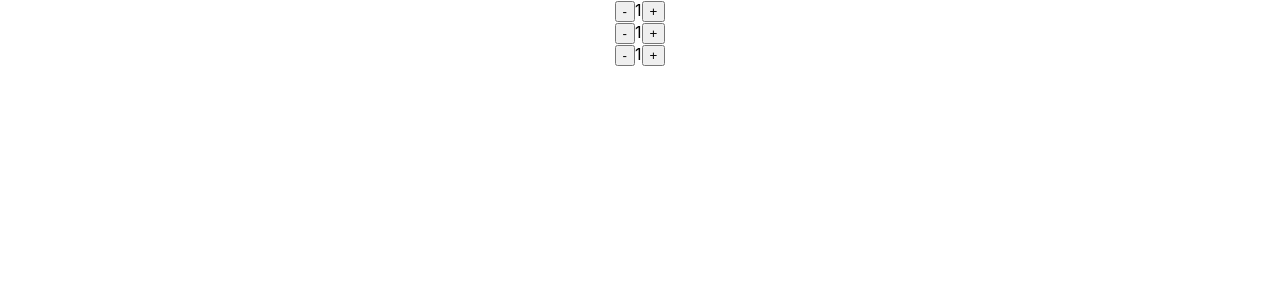
Repository: max535/test-task-netrika
Page: /
These files come from the project's save history. The page is drawn as it stood at one moment and after the next save; the edit follows.
The browser window is 1280 px wide. The pictures show the whole page.
The project was rebuilt for these pictures with package versions that can differ from the ones it lists, and the page was loaded fresh each time.

Above is the page before, as saved 2021-10-16 06:31:18.

After the next save:
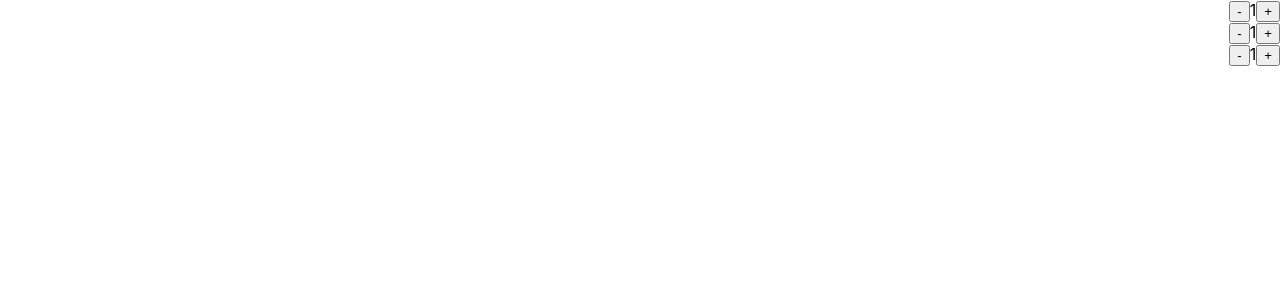
Saved 67 s later.
--- a/src/App.css
+++ b/src/App.css
@@ -1,7 +1,7 @@
 .App {
   display: flex;
   flex-direction: column;
-  align-items: center;
+  align-items: flex-end;
   width: 100%;
   height: 100%;
 }

After the save that followed:
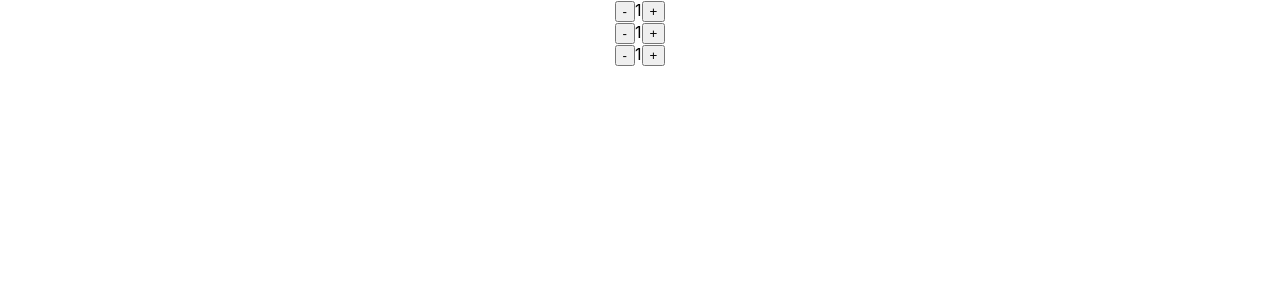
Saved 7 s later.
--- a/src/App.css
+++ b/src/App.css
@@ -1,7 +1,7 @@
 .App {
   display: flex;
   flex-direction: column;
-  align-items: flex-end;
+  align-items: center;
   width: 100%;
   height: 100%;
 }
